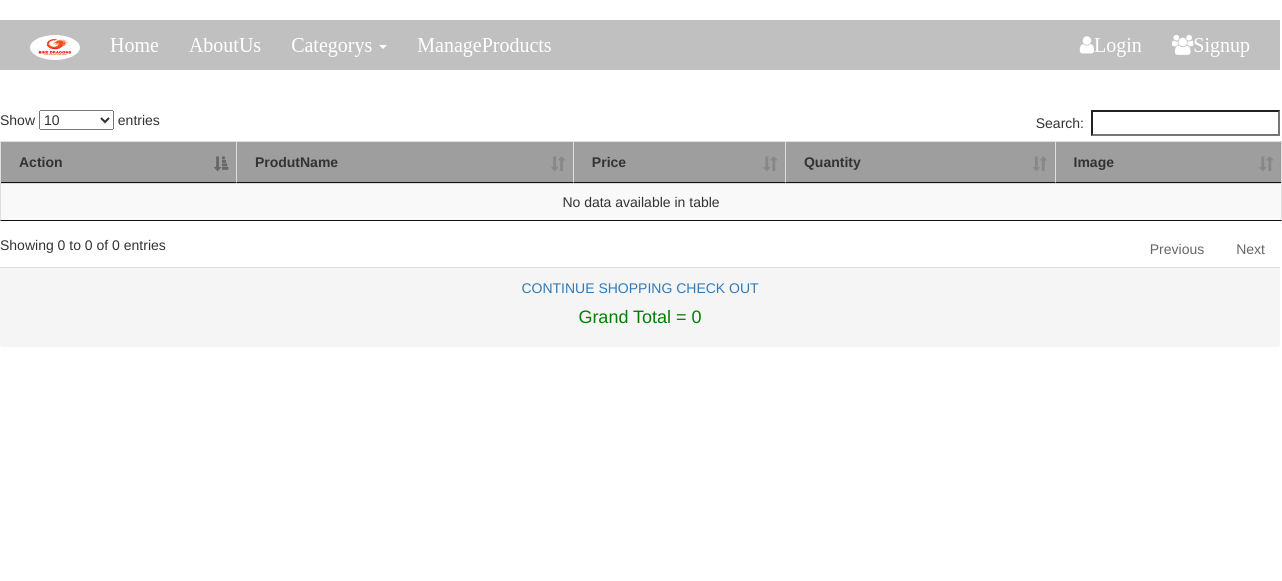
Repository: aslamsuhail/DTPROJECT
Page: http://localhost/Ecom_frontend/WEB-INF/views/viewcartdetail.jsp
An editor plug-in stored every save of this project. The page is shown before and after the next save, followed by the edit.
The browser window is 1280 px wide. The page is 1282 px wide, so the pictures cover 1282 px, including what lies to the right of the window. The pictures show the whole page.
Pictures or frames that could not be fetched are drawn as grey boxes. Some web libraries are served in a nearby version. The page is served by Tomcat 9. Nobody is signed in. The template is opened directly, without the code that normally fills it, so the values that code supplies are empty.

Above is the page before, as saved 2017-12-09 06:42:02.
Console error: SyntaxError: Unexpected token '{'

After the next save:
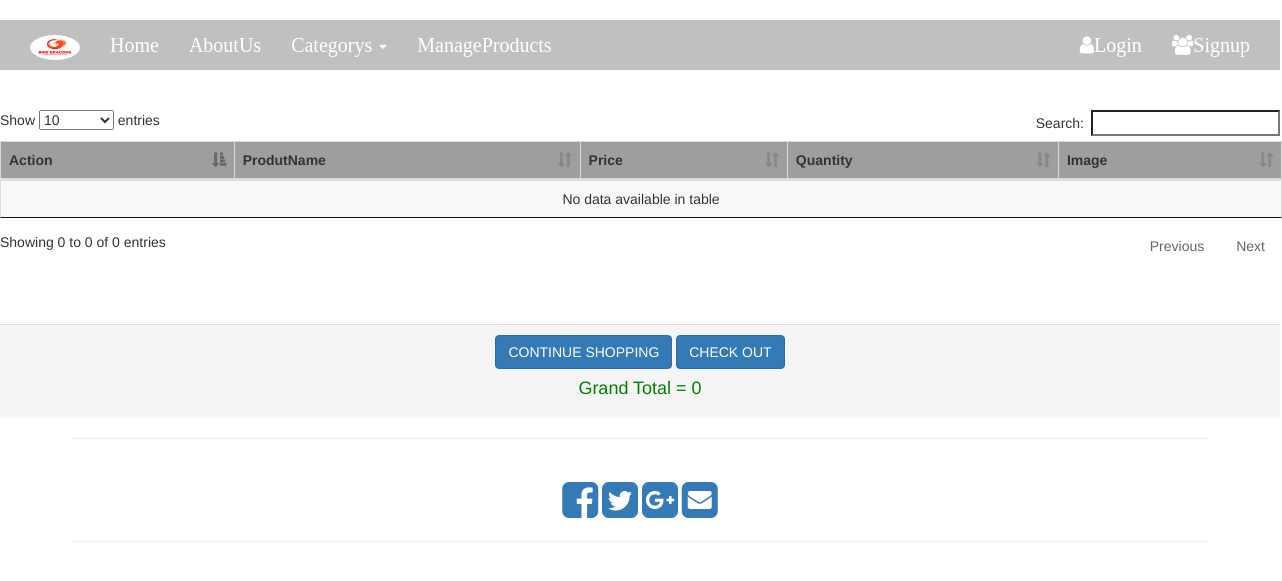
Saved 2 min 34 s later.
--- a/Ecom_frontend/src/main/webapp/WEB-INF/views/viewcartdetail.jsp
+++ b/Ecom_frontend/src/main/webapp/WEB-INF/views/viewcartdetail.jsp
@@ -52,17 +52,17 @@
 
 
 	</table>
-
+	<br><br><br>
         <div class="panel-footer">
                <div class="row">
               <center>
-                 <a href="../" >CONTINUE SHOPPING</a>
+                 <a href="../" ><button class="btn btn-primary">CONTINUE SHOPPING</button></a>
 
-                 <a href="customerdetails">CHECK OUT</a>
+                 <a href="customerdetails"><button class="btn btn-primary">CHECK OUT</button></a>
 
                   <h4 style="color:green;">Grand Total = <c:out value="${tot}"/></h4> </center>
                  </div>
                  </div>
-
+                <jsp:include page="footer.jsp"></jsp:include>
 </body>
 </html>
